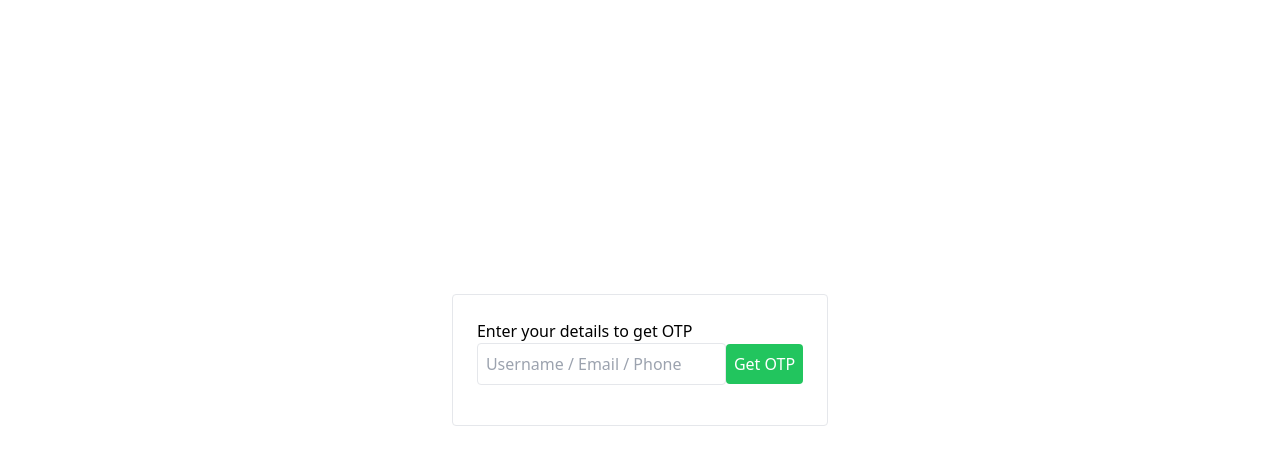
Repository: gloriousnetworker/twitter-otp-app
Page: /grant-access
An editor plug-in stored every save of this project. The page is shown before and after the next save, followed by the edit.
The browser window is 1280 px wide. The pictures show the whole page.
The project was rebuilt for these pictures with package versions that can differ from the ones it lists, and the page was loaded fresh each time. Also part of the build but not shown: vite.config.js, src/pages/Login.jsx, src/pages/OTPVerification.jsx, src/pages/Dashboard.jsx.

Above is the page before, as saved 2025-01-14 12:10:52.

After the next save:
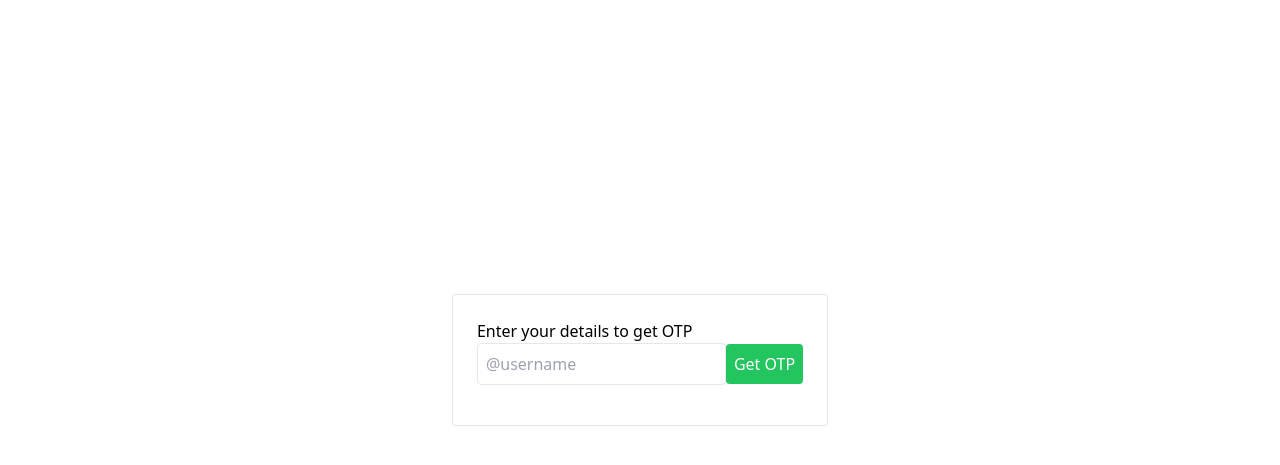
Saved 22 min 6 s later.
--- a/src/pages/GrantAccess.jsx
+++ b/src/pages/GrantAccess.jsx
@@ -14,8 +14,11 @@
       // Show OTP in popup notification
       alert(`Your Twitter OTP: ${otp}`);
 
-      // Store the input value (username/email/phone)
-      localStorage.setItem('input', input);
+      // Remove '@' symbol before storing the username for dashboard display
+      const username = input.startsWith('@') ? input.slice(1) : input;
+
+      // Store the cleaned username value
+      localStorage.setItem('input', username);
 
       // Redirect to OTP verification page
       navigate('/otp-verification');
@@ -30,7 +33,7 @@
         <h3>Enter your details to get OTP</h3>
         <input
           type="text"
-          placeholder="Username / Email / Phone"
+          placeholder="@username" // Placeholder with '@' symbol
           className="p-2 border rounded mb-4"
           value={input}
           onChange={(e) => setInput(e.target.value)}
